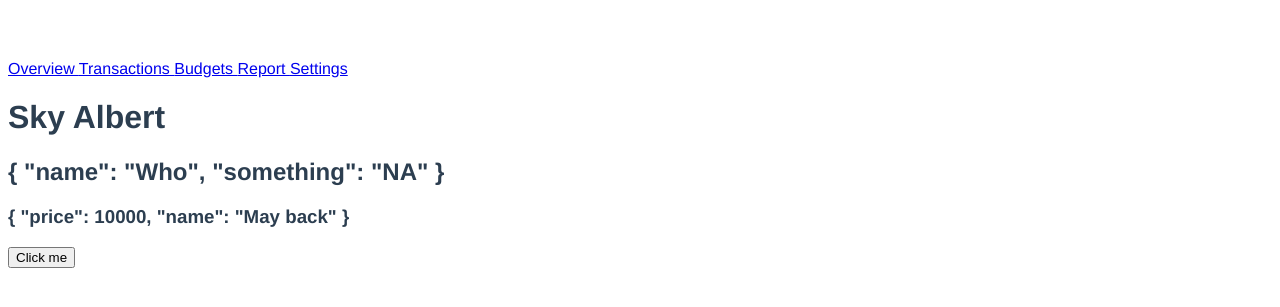
Repository: bxTruong/project7-jsonserver-router
Page: /
An editor plug-in stored every save of this project. The page is shown before and after a run of saves, followed by the edit.
The browser window is 1280 px wide. The pictures show the whole page.
The project was rebuilt for these pictures with package versions that can differ from the ones it lists, and the page was loaded fresh each time. Also part of the build but not shown: vue.config.js, src/pages/transactions.vue, src/pages/transaction-detail.vue, src/pages/not-found.vue.

Above is the page before, as saved 2023-01-04 16:49:39.

After the next 3 saves:
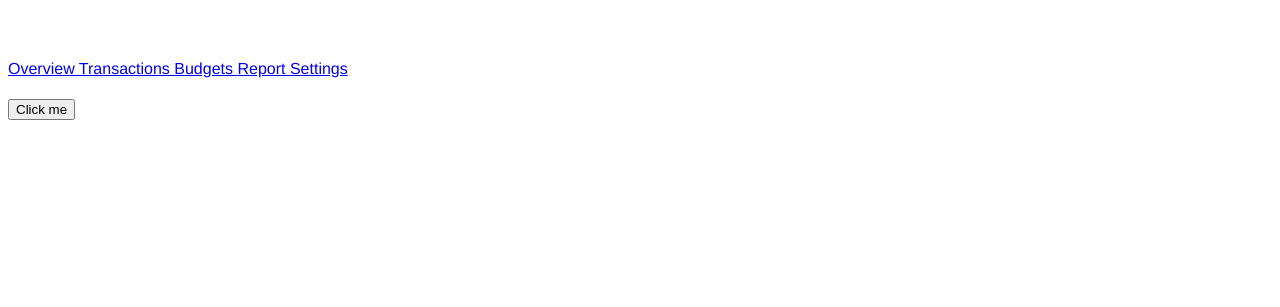
The 3 saves are shown as one change because they came seconds apart.
The last was saved 13 min 19 s later.
--- a/src/pages/home.vue
+++ b/src/pages/home.vue
@@ -8,32 +8,36 @@
 <script>
 import {reactive, ref} from "vue";
 export default {
+    // setup(){
+    //     const firstName = ref("Sky Albert");
+    //     const secondName = ref({
+    //         name:"Who",
+    //         something:"NA"
+    //     });
+    //     let car = reactive({
+    //         price: 10000,
+    //         name:"May back"
+    //     });
+
+    //     function onChangeSomething(){
+    //         car = {
+    //             price: 55555,
+    //             name: "Porsche"
+    //         }
+
+    //         secondName.value = {
+    //             name:"I'm",
+    //             something:"Here"
+    //         }
+
+    //         firstName.value = "David John";
+    //     }
+
+    //     return {firstName, secondName, car, onChangeSomething};
+    // }
+
     setup(){
-        const firstName = ref("Sky Albert");
-        const secondName = ref({
-            name:"Who",
-            something:"NA"
-        });
-        let car = reactive({
-            price: 10000,
-            name:"May back"
-        });
 
-        function onChangeSomething(){
-            car = {
-                price: 55555,
-                name: "Porsche"
-            }
-
-            secondName.value = {
-                name:"I'm",
-                something:"Here"
-            }
-
-            firstName.value = "David John";
-        }
-
-        return {firstName, secondName, car, onChangeSomething};
     }
 }
 </script>
